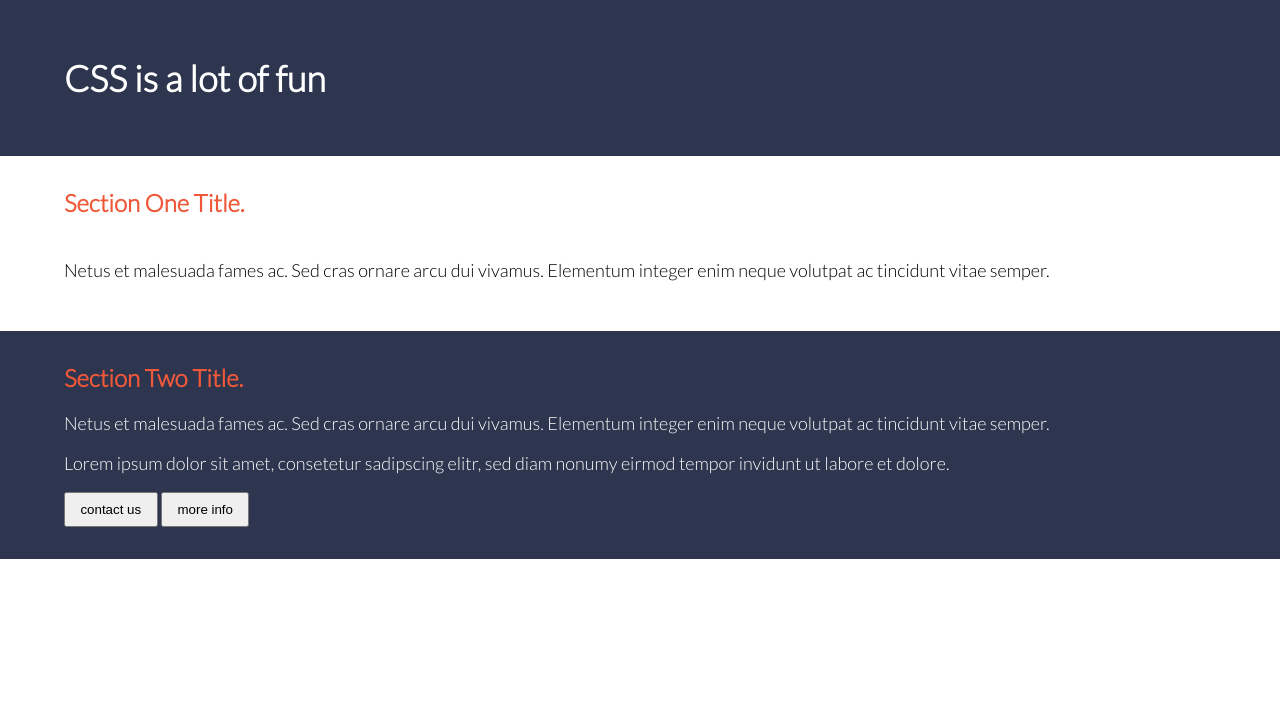
Repository: Doumham-Armah/sample-landing-page
Page: index.html
The author's editor kept a copy of each file at every save. The page is drawn from the files as they stood at one save, then again after the next save.
The browser window is 1280 px wide. The pictures show the whole page.

Above is the page before, as saved 2021-08-16 12:59:22.

After the next save:
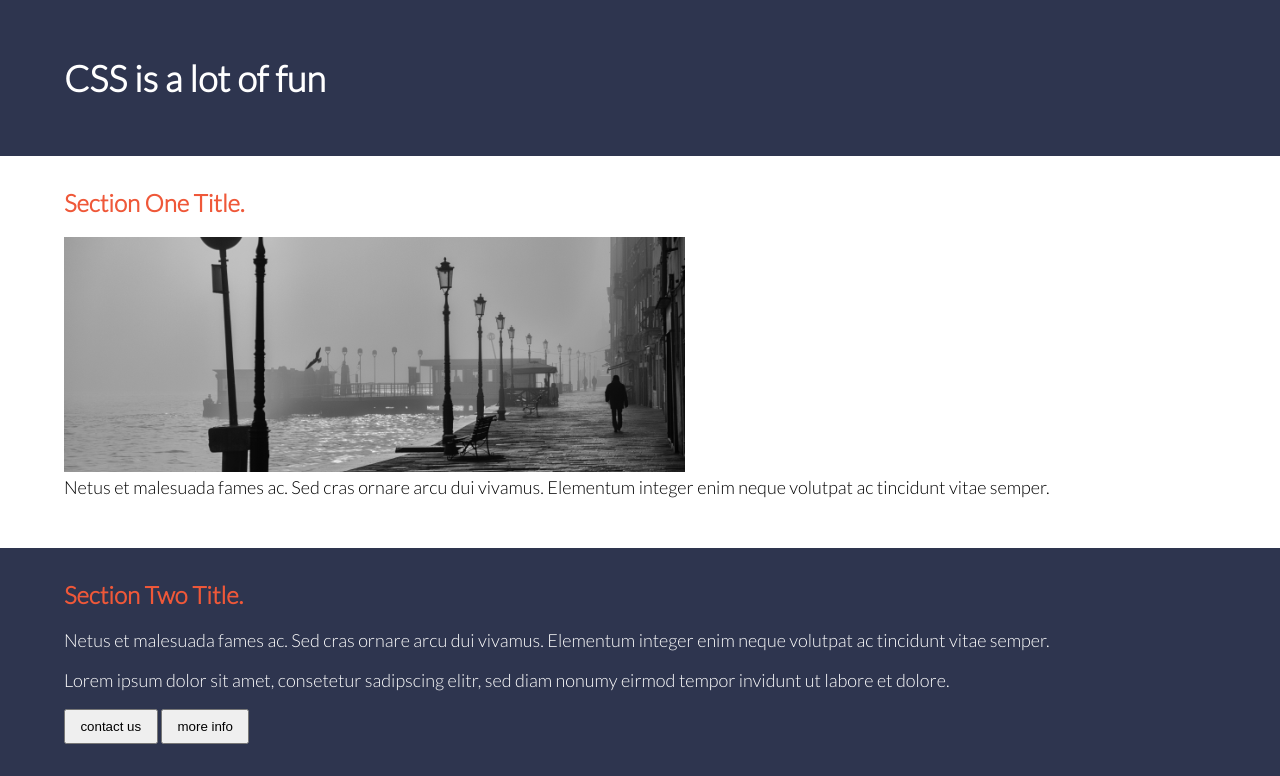
Saved 3 min 38 s later.
--- a/index.html
+++ b/index.html
@@ -24,7 +24,7 @@
     <section class="section-one">
       <div class="container">
         <h2>Section One Title.</h2>
-        <img src="" alt="" />
+        <img src="./images/boardwalk.png" alt="" />
         <p>
           Netus et malesuada fames ac. Sed cras ornare arcu dui vivamus.
           Elementum integer enim neque volutpat ac tincidunt vitae semper.
